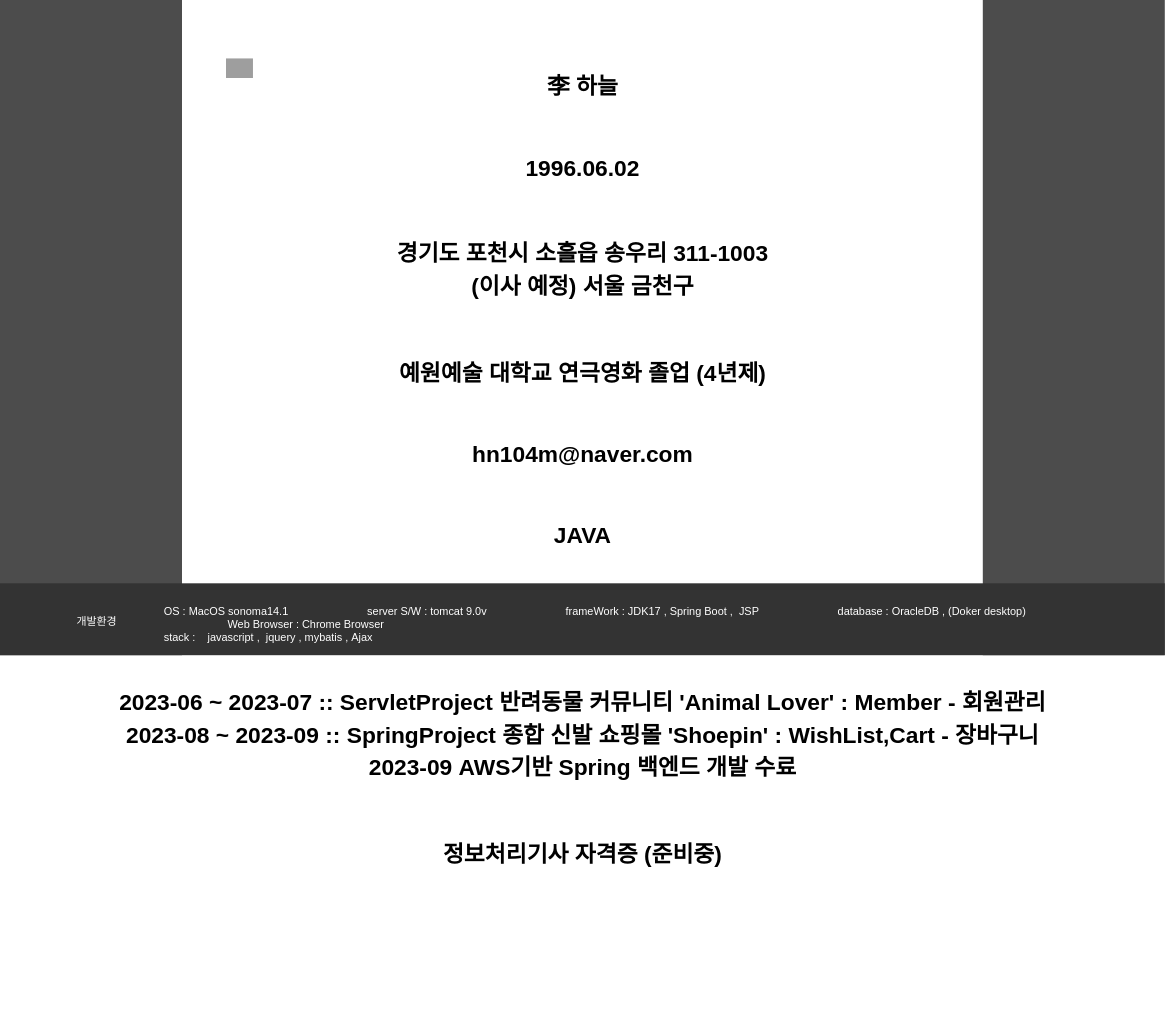
Repository: LeeHaNeul96/Leehaneul
Page: http://localhost/com.introduce/WEB-INF/views/more.jsp
An editor plug-in stored every save of this project. The page is shown before and after the next save, followed by the edit.
The browser window is 1280 px wide. The pictures show the whole page, at 91% of full size.
Pictures or frames that could not be fetched are drawn as grey boxes. Some web fonts or font styles are not loaded; a fallback is used. The page is served by Tomcat 9. Nobody is signed in. The template is opened directly, without the code that normally fills it, so the values that code supplies are empty.

Above is the page before, as saved 2023-10-31 11:05:13.

### com.introduce/src/main/webapp/WEB-INF/views/more.jsp
<%@ page language="java" contentType="text/html; charset=UTF-8"
    pageEncoding="UTF-8"%>
<!DOCTYPE html>
<html>
<head>
<meta charset="UTF-8">
<title>Insert title here</title>
<script src="https://code.jquery.com/jquery-3.6.0.min.js"></script>
<link rel="stylesheet" href="//cdn.jsdelivr.net/npm/font-applesdgothicneo@1.0/all.min.css">



<style type="text/css">
body{
font-family: 'AppleSDGothicNeo', 'Noto Sans KR', sans-serif;
}
.footer {
	text-align: center;
	padding: 2em 0;
	background-color: #333;
	color: #fff;
	position: fixed;
	bottom: 0;
	left: 0; /* 왼쪽 위치를 0으로 설정합니다. */
	height: 15px;
	width: 100%;
	margin: 0; /* 마진을 0으로 설정합니다. */
}

.footer-dev {
	font-size: 12px;
	text-align: left;
	padding-left: 7em;
}

.footer-content {
	position: absolute; /* 절대 위치 설정 */
	top: 1em; /* 위쪽으로 1em 이동 */
	padding: 1em 8em; /* 양 옆 여백을 설정합니다. */
	height: 200px;
}

.container{
margin-top: 3em;
margin-bottom: 10em;

text-align: center;


}
.left-margin {
 background-color: rgba(0, 0, 0, 0.7); /* 알파 값을 조절하여 투명도 설정 */

    height: 100%;
    width: 200px; /* 원하는 너비로 조절하세요. */
    position: fixed;
    top: 0;
    left: 0;
    z-index: -1;
}

/* 오른쪽 여백 스타일 */
.right-margin {
 background-color: rgba(0, 0, 0, 0.7); /* 알파 값을 조절하여 투명도 설정 */
    height: 100%;
    width: 200px; /* 원하는 너비로 조절하세요. */
    position: fixed;
    top: 0;
    right: 0;
    z-index: -1;
}

h2 {
    font-size: 36px; /* 예를 들어, 원하는 크기로 설정 */
    transition: font-size 1s; /* 글씨 크기 변경에 애니메이션 적용 (선택사항) */
}
</style>
</head>
<body>
<script>
$(function() {
    // 모든 h2 태그를 선택하여 배열로 저장합니다.
    var $h2Elements = $("h2");

    // 초기에 모든 h2 태그의 크기를 설정합니다.
    $h2Elements.css("font-size", "36px");

    // 1초(1000 밀리초)마다 h2 태그 배열을 순회하면서 글꼴 크기를 작게 설정합니다.
    var index = 0;
    var interval = setInterval(function() {
        if (index < $h2Elements.length) {
            $h2Elements.eq(index).css("font-size", "25px");
            index++;
        } else {
            clearInterval(interval); // 모든 h2 태그를 처리하면 setInterval을 멈춥니다.
        }
    }, 20); // 1초마다 실행
});
</script>


<div class="left-margin"></div>
<div class="right-margin"></div>

<a href="/main/view"><img style="width:30px; text-align:left; margin-left:15em; margin-top: 3em; margin-bottom: -4em;" alt="" src="/images/free-icon-go-back-left-arrow-61022.png"></a>
<div class="container">
<h2>李 하늘</h2><br>
<h2>1996.06.02</h2><br>
<h2>경기도 포천시 소흘읍 송우리 311-1003<br>
(이사 예정) 서울 금천구
</h2><br>
<h2>예원예술 대학교 연극영화 졸업 (4년제)</h2><br>
<h2>hn104m@naver.com</h2><br>
<h2>JAVA</h2><br>
<h2>JavaScript  Jquery  myBatis  OracleDB</h2><br>
<h2>2023-06 ~ 2023-07 :: ServletProject 반려동물 커뮤니티 'Animal Lover' : Member - 회원관리<br>
2023-08 ~ 2023-09 :: SpringProject 종합 신발 쇼핑몰 'Shoepin' : WishList,Cart - 장바구니<br>
2023-09 AWS기반 Spring 백엔드 개발 수료
</h2><br>
<h2>정보처리기사 자격증 (준비중)<br>
</h2>

</div>



	<div class="footer">
		<div class="footer-dev">
			개발환경
			<div class="footer-content">
				OS : MacOS sonoma14.1
				&nbsp;&nbsp;&nbsp;&nbsp;&nbsp;&nbsp;&nbsp;&nbsp;&nbsp;&nbsp;&nbsp;&nbsp;&nbsp;&nbsp;&nbsp;&nbsp;&nbsp;&nbsp;&nbsp;&nbsp;&nbsp;&nbsp;&nbsp;&nbsp;
				server S/W : tomcat
				9.0v&nbsp;&nbsp;&nbsp;&nbsp;&nbsp;&nbsp;&nbsp;&nbsp;&nbsp;&nbsp;&nbsp;&nbsp;
				&nbsp;&nbsp;&nbsp;&nbsp;&nbsp;&nbsp;&nbsp;&nbsp;&nbsp;&nbsp;&nbsp;&nbsp;
				frameWork : JDK17&nbsp;,&nbsp;Spring Boot&nbsp;, &nbsp;JSP
				&nbsp;&nbsp;&nbsp;&nbsp;&nbsp;&nbsp;&nbsp;&nbsp;&nbsp;&nbsp;&nbsp;&nbsp;&nbsp;&nbsp;&nbsp;&nbsp;&nbsp;&nbsp;&nbsp;&nbsp;&nbsp;&nbsp;&nbsp;&nbsp;
				database : OracleDB&nbsp;,&nbsp;(Doker desktop)
				&nbsp;&nbsp;&nbsp;&nbsp;&nbsp;&nbsp;&nbsp;&nbsp;&nbsp;&nbsp;&nbsp;&nbsp;&nbsp;&nbsp;&nbsp;&nbsp;&nbsp;&nbsp;&nbsp;&nbsp;
				Web Browser : Chrome Browser<br> stack :&nbsp;&nbsp;&nbsp;
				javascript&nbsp;,&nbsp; jquery&nbsp;,&nbsp;mybatis&nbsp;,&nbsp;Ajax
			</div>
		</div>
	</div>
</body>
</html>

After the next save:
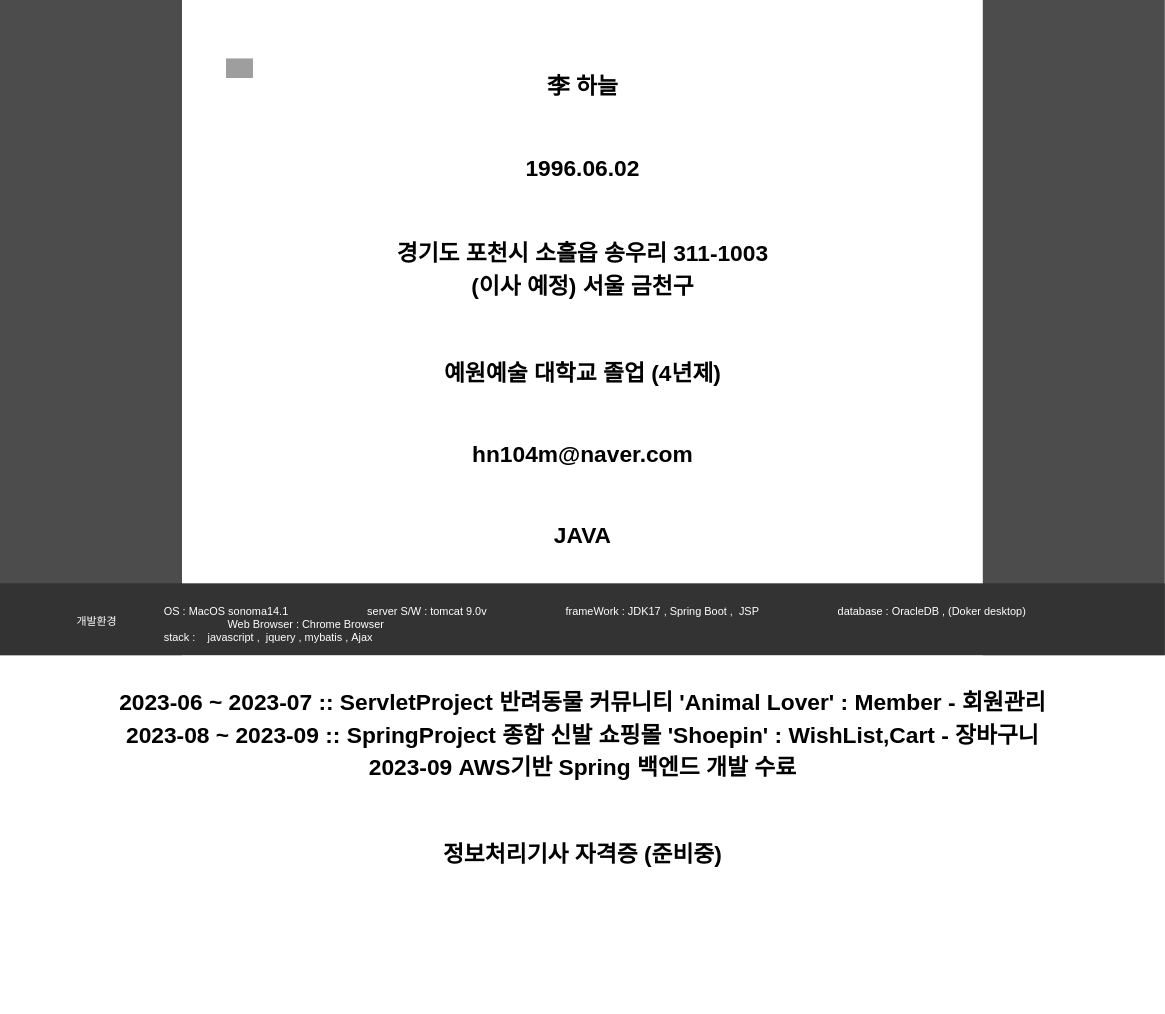
Saved 13 min 31 s later.
--- a/com.introduce/src/main/webapp/WEB-INF/views/more.jsp
+++ b/com.introduce/src/main/webapp/WEB-INF/views/more.jsp
@@ -109,7 +109,7 @@ $(function() {
 <h2>경기도 포천시 소흘읍 송우리 311-1003<br>
 (이사 예정) 서울 금천구
 </h2><br>
-<h2>예원예술 대학교 연극영화 졸업 (4년제)</h2><br>
+<h2>예원예술 대학교 졸업 (4년제)</h2><br>
 <h2>hn104m@naver.com</h2><br>
 <h2>JAVA</h2><br>
 <h2>JavaScript  Jquery  myBatis  OracleDB</h2><br>
